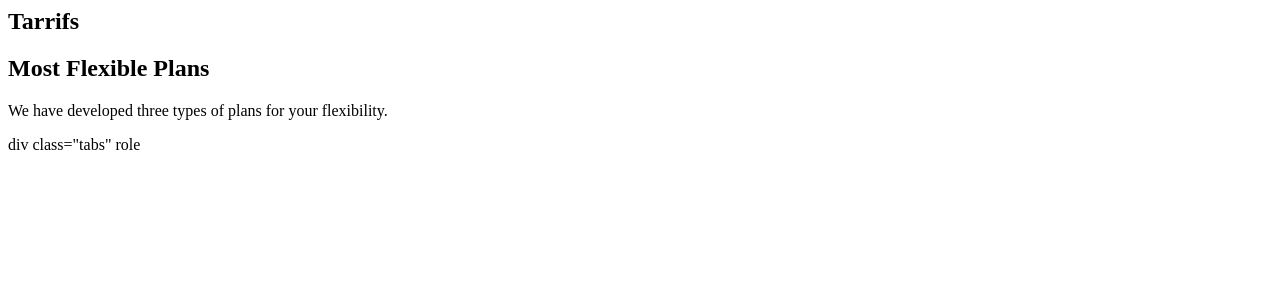
Repository: sanyathecreator/udrive-carsharing
Page: index.tarrifs.partial.html
These files come from the project's save history. The page is drawn as it stood at one moment and after the next save; the edit follows.
The browser window is 1280 px wide. The pictures show the whole page.

Above is the page before, as saved 2025-09-11 00:06:07.

After the next save:
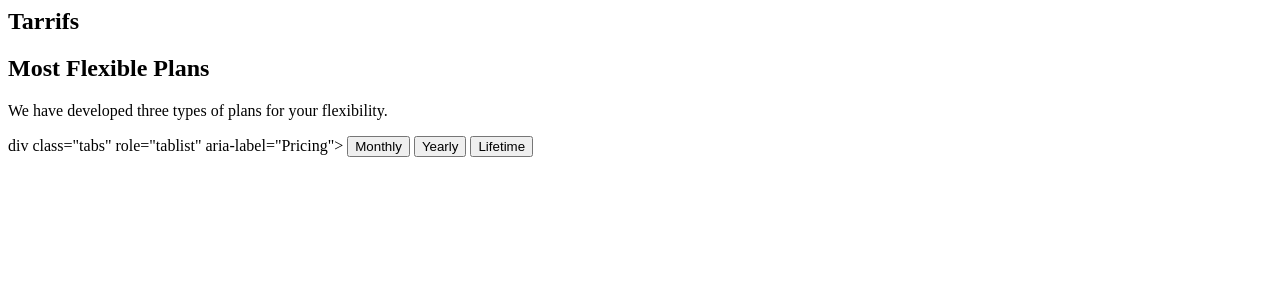
Saved 5 s later.
--- a/index.tarrifs.partial.html
+++ b/index.tarrifs.partial.html
@@ -5,4 +5,7 @@
       <p class="plans__payments-text">We have developed three types of plans for your flexibility.</p>
     </div>
 
-div class="tabs" role
+div class="tabs" role="tablist" aria-label="Pricing">
+  <button class="tabs__button tabs__button--active" role="tab" aria-selected="true" aria-controls="monthly" id="monthly-tab" tabindex="0">Monthly</button>
+  <button class="tabs__button" role="tab" aria-selected="false" aria-controls="yearly" id="yearly-tab" tabindex="-1">Yearly</button>
+  <button class="tabs__button" role="tab" aria-selected="false" aria-controls="lifetime" id="lifetime-tab" tabindex="-1">Lifetime</button>
